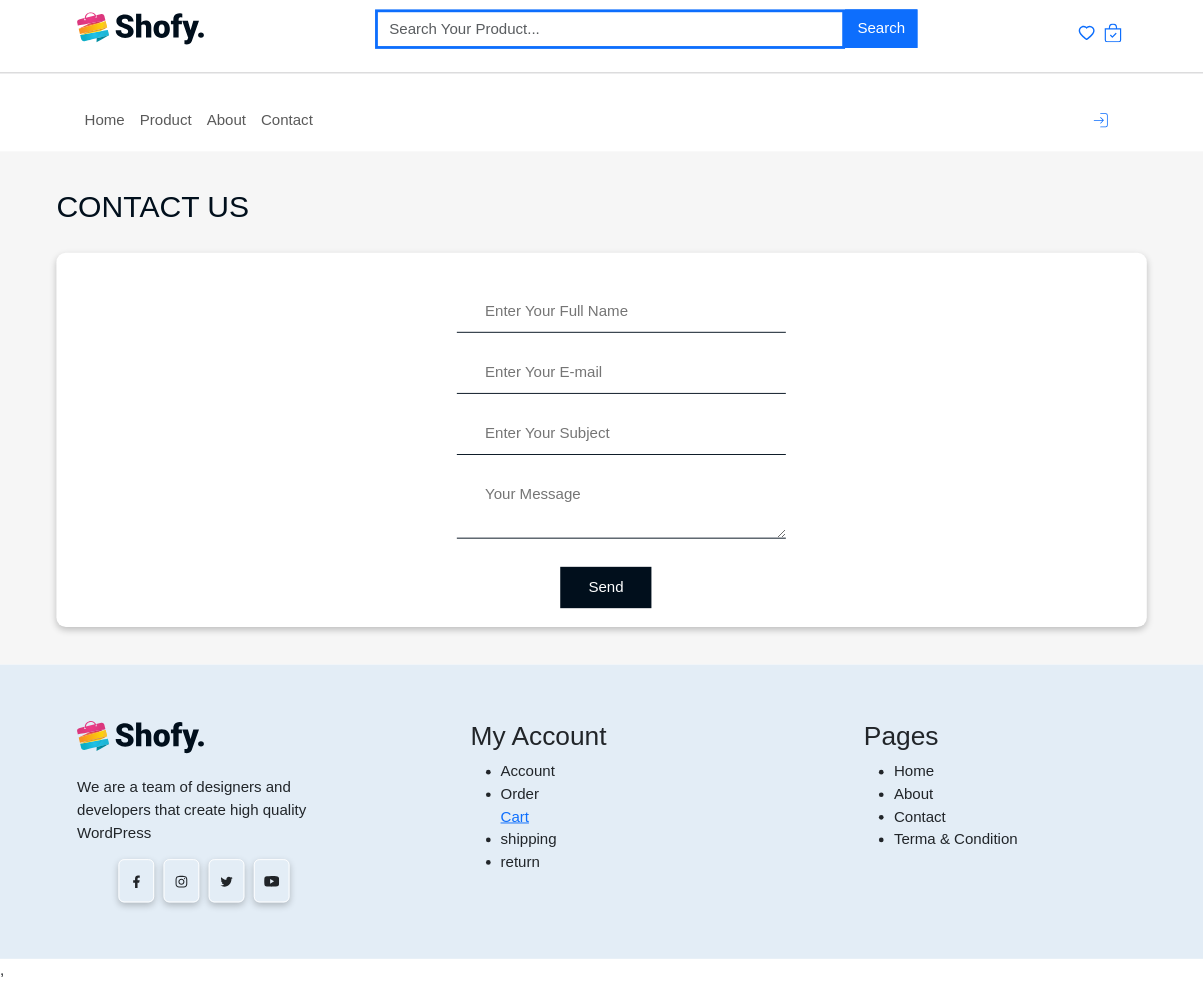
Repository: YomnaWegdan/E-commerce
Page: /contact
These files come from the project's save history. The page is drawn as it stood at one moment and after the next save; the edit follows.
The browser window is 1280 px wide. The pictures show the whole page, at 94% of full size.
The project was rebuilt for these pictures with package versions that can differ from the ones it lists, and the page was loaded fresh each time. Also part of the build but not shown: src/App.css, src/Pages/Home.css, src/Components/HomeProduct.js, src/Pages/Home.js, src/Pages/Product.js, src/Components/Cart/Cart.css, src/Components/Cart/Cart.js.

Above is the page before, as saved 2023-08-09 00:58:12.

After the next save:
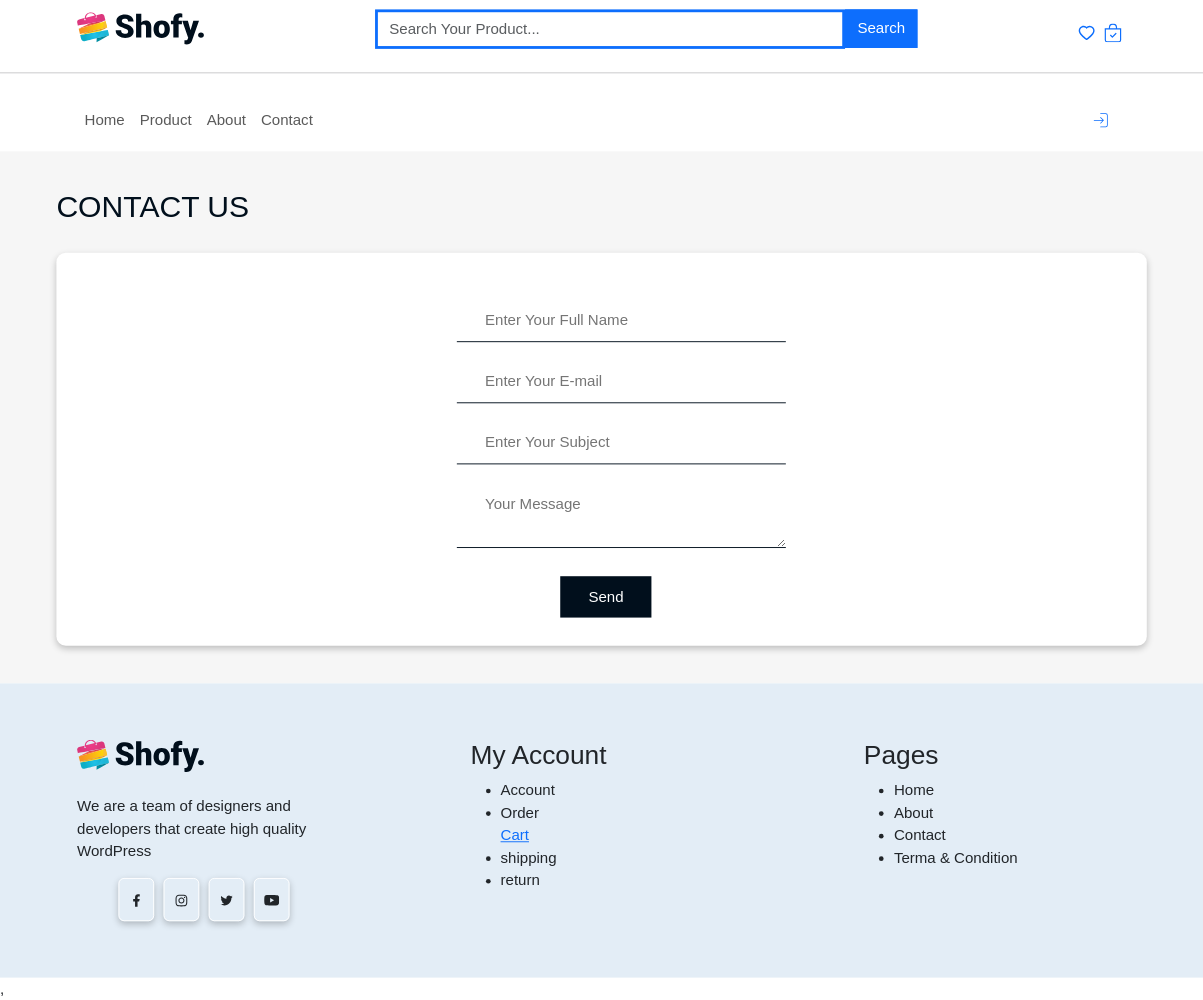
Saved 33 s later.
--- a/src/Pages/Contact.css
+++ b/src/Pages/Contact.css
@@ -15,7 +15,7 @@
 }
 .contact_container .contant .form{
     margin-top: 30px;
-    padding: 20px 30px;
+    padding: 30px 30px;
     background: #fff;
     border-radius: 10px;
     box-shadow: rgba(0, 0, 0, 0.24) 0px 3px 8px;
